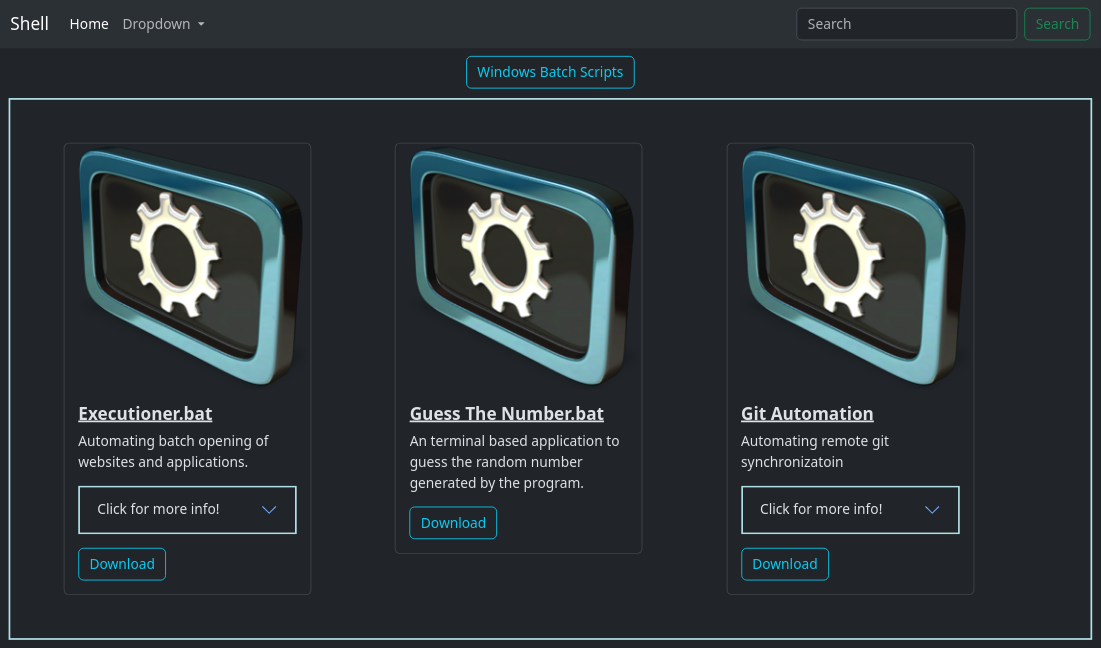
Repository: VictoriousMango/Archive
Page: index.html
An editor plug-in stored every save of this project. The page is shown before and after the next save, followed by the edit.
The browser window is 1280 px wide. The pictures show the whole page, at 86% of full size.

Above is the page before, as saved 2024-10-05 20:11:45.

After the next save:
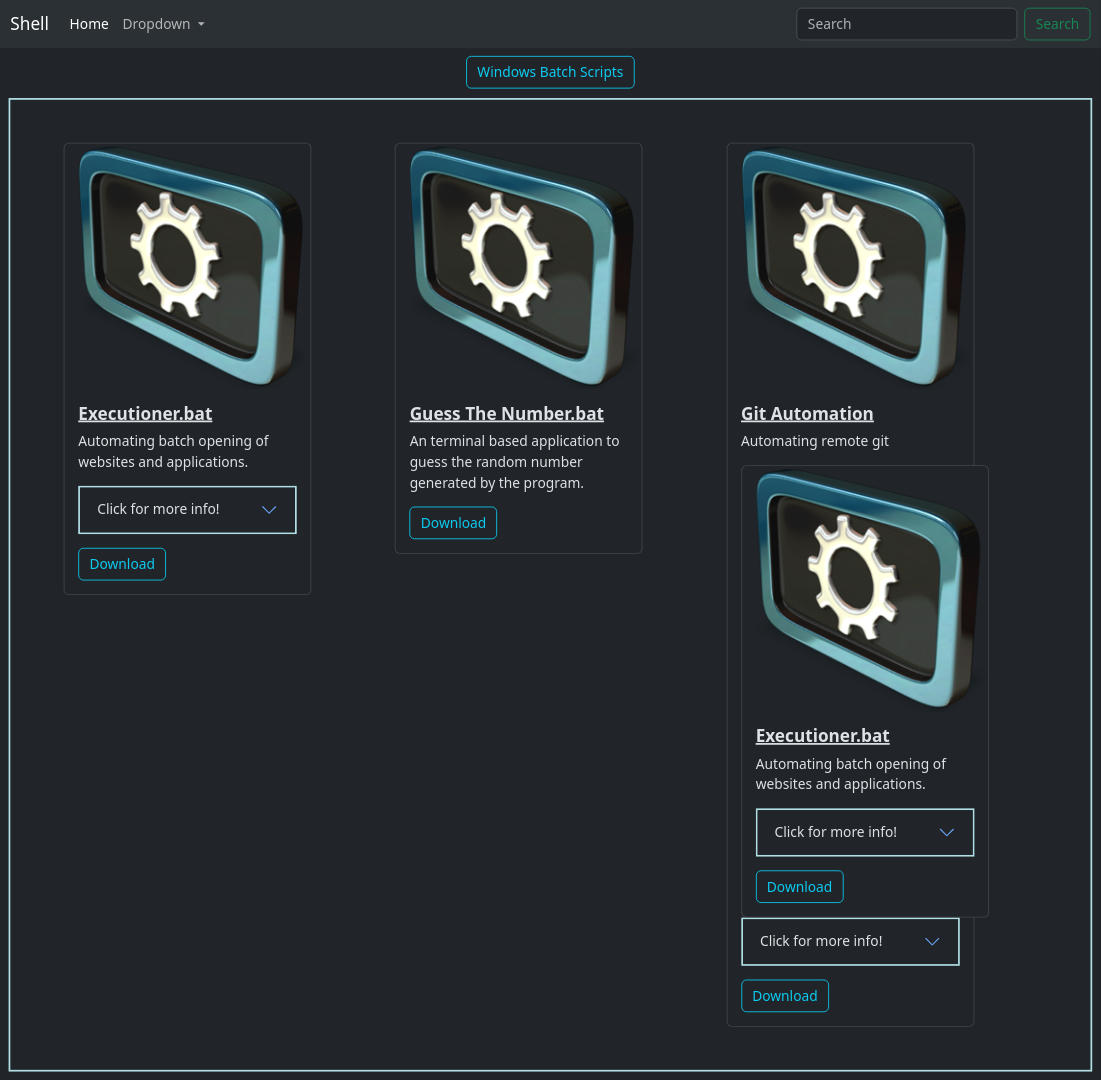
Saved 49 s later.
--- a/index.html
+++ b/index.html
@@ -106,7 +106,44 @@
                 <div class="card-body">
                     <h5 class="card-title"><b><u>Git Automation</u></b></h5>
                     <p class="card-text">
-                        Automating remote git synchronizatoin
+                        Automating remote git <!-- First Card -->
+        <div class="col">
+            <div class="card" style="width: 18rem;">
+                <img src="Images\MS-DOS_Batch_File.png" class="card-img-top" alt="...">
+                <div class="card-body">
+                    <h5 class="card-title"><b><u>Executioner.bat</u></b></h5>
+                    <p class="card-text">
+                        Automating batch opening of websites and applications.
+                    <div class="accordion accordion-flush" id="accordionFlushExample">
+                        <div class="accordion-item" style="border: 2px solid powderblue;">
+                            <h2 class="accordion-header">
+                                <button class="accordion-button collapsed" type="button" data-bs-toggle="collapse"
+                                    data-bs-target="#flush-collapseOne" aria-expanded="false"
+                                    aria-controls="flush-collapseOne">
+                                    Click for more info!
+                                </button>
+                            </h2>
+                            <div id="flush-collapseOne" class="accordion-collapse collapse"
+                                data-bs-parent="#accordionFlushExample">
+                                <div class="accordion-body">
+                                    <ul>
+                                        <li>It will store different links in some sort of groups defined and structured
+                                            by you.</li>
+                                        <li>After creating groups, you can use this application to open multiple
+                                            websites and applications in a batch simultaneously.</li>
+                                        <li>This can be used as a productivity tool, for automating opening of few
+                                            applications by entering just the name of group.</li>
+                                    </ul>
+                                </div>
+                            </div>
+                        </div>
+                        </p>
+                        <a href="Projects\Windows-Batch-file\Executioner.bat" class="btn btn-outline-info"
+                            download>Download</a>
+                    </div>
+                </div>
+            </div>
+        </div>
                     <div class="accordion accordion-flush" id="accordionFlushExample">
                         <div class="accordion-item" style="border: 2px solid powderblue;">
                             <h2 class="accordion-header">

After the 3 saves that followed:
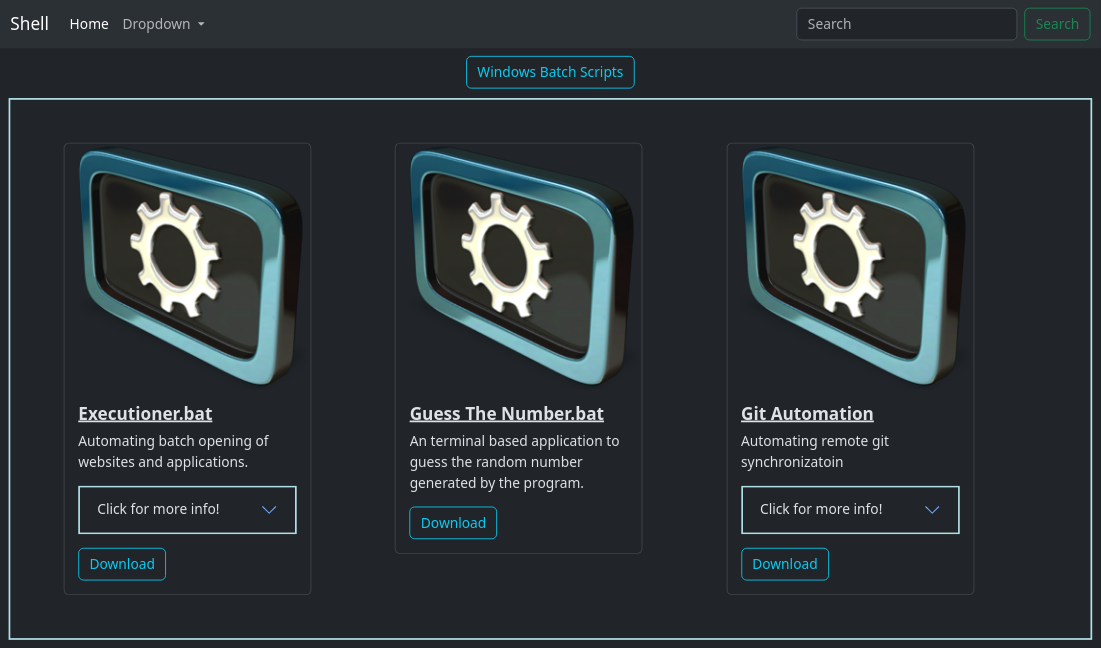
The 3 saves are shown as one change because they came seconds apart.
The last was saved 19 s later.
--- a/index.html
+++ b/index.html
@@ -106,44 +106,7 @@
                 <div class="card-body">
                     <h5 class="card-title"><b><u>Git Automation</u></b></h5>
                     <p class="card-text">
-                        Automating remote git <!-- First Card -->
-        <div class="col">
-            <div class="card" style="width: 18rem;">
-                <img src="Images\MS-DOS_Batch_File.png" class="card-img-top" alt="...">
-                <div class="card-body">
-                    <h5 class="card-title"><b><u>Executioner.bat</u></b></h5>
-                    <p class="card-text">
-                        Automating batch opening of websites and applications.
-                    <div class="accordion accordion-flush" id="accordionFlushExample">
-                        <div class="accordion-item" style="border: 2px solid powderblue;">
-                            <h2 class="accordion-header">
-                                <button class="accordion-button collapsed" type="button" data-bs-toggle="collapse"
-                                    data-bs-target="#flush-collapseOne" aria-expanded="false"
-                                    aria-controls="flush-collapseOne">
-                                    Click for more info!
-                                </button>
-                            </h2>
-                            <div id="flush-collapseOne" class="accordion-collapse collapse"
-                                data-bs-parent="#accordionFlushExample">
-                                <div class="accordion-body">
-                                    <ul>
-                                        <li>It will store different links in some sort of groups defined and structured
-                                            by you.</li>
-                                        <li>After creating groups, you can use this application to open multiple
-                                            websites and applications in a batch simultaneously.</li>
-                                        <li>This can be used as a productivity tool, for automating opening of few
-                                            applications by entering just the name of group.</li>
-                                    </ul>
-                                </div>
-                            </div>
-                        </div>
-                        </p>
-                        <a href="Projects\Windows-Batch-file\Executioner.bat" class="btn btn-outline-info"
-                            download>Download</a>
-                    </div>
-                </div>
-            </div>
-        </div>
+                        Automating remote git synchronizatoin
                     <div class="accordion accordion-flush" id="accordionFlushExample">
                         <div class="accordion-item" style="border: 2px solid powderblue;">
                             <h2 class="accordion-header">
